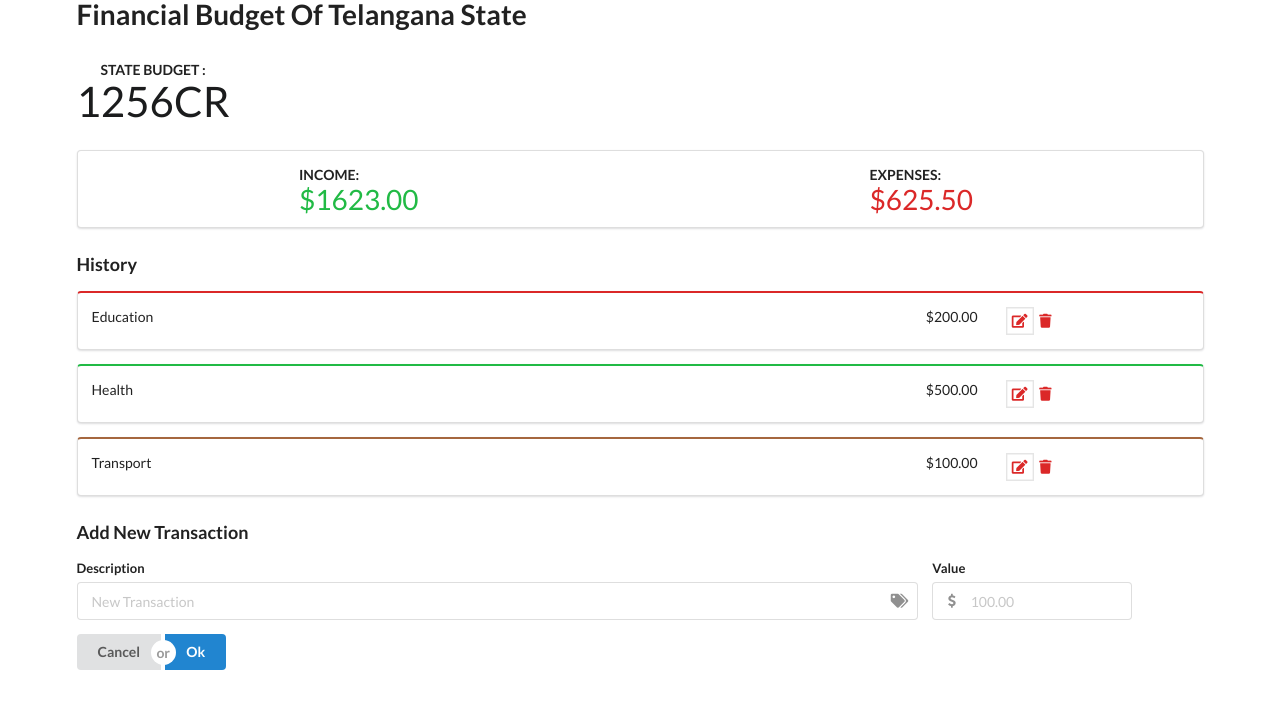
Repository: akHil07090709/advanced-react
Page: /
An editor plug-in stored every save of this project. The page is shown before and after the next save, followed by the edit.
The browser window is 1280 px wide. The pictures show the whole page.
The project was rebuilt for these pictures with package versions that can differ from the ones it lists, and the page was loaded fresh each time. Also part of the build but not shown: src/App.css.

Above is the page before, as saved 2021-05-25 08:07:01.

### src/index.js
import React from "react";
import ReactDOM from "react-dom";
import "./index.css";
import App from "./App";
import "semantic-ui-css/semantic.min.css";

ReactDOM.render(
  <React.StrictMode>
    <App />
  </React.StrictMode>,
  document.getElementById("root")
);

// If you want to start measuring performance in your app, pass a function
// to log results (for example: reportWebVitals(console.log))
// or send to an analytics endpoint. Learn more: https://bit.ly/CRA-vitals

### src/App.js
import {
  Button,
  ButtonGroup,
  Container,
  Form,
  FormGroup,
  FormInput,
  Grid,
  Header,
  Icon,
  Segment,
  Statistic,
} from "semantic-ui-react";
import "./App.css";

function App() {
  return (
    <Container>
      <Header as="h1">Financial Budget Of Telangana State</Header>
      <Statistic size="small">
        {/* A statistic can display a value with a label above or below it.*/}
        <Statistic.Label>State Budget : </Statistic.Label>
        <Statistic.Value>1256cr</Statistic.Value>
      </Statistic>
      <Segment textAlign="center">
        <Grid columns={2}>
          <Grid.Row>
            <Grid.Column>
              <Statistic size="tiny" color="green">
                <Statistic.Label style={{ textAlign: "left" }}>
                  Income:
                </Statistic.Label>
                <Statistic.Value>$1623.00</Statistic.Value>
              </Statistic>
            </Grid.Column>
            <Grid.Column>
              <Statistic size="tiny" color="red">
                <Statistic.Label style={{ textAlign: "left" }}>
                  Expenses:
                </Statistic.Label>
                <Statistic.Value>$625.50</Statistic.Value>
              </Statistic>
            </Grid.Column>
          </Grid.Row>
        </Grid>
      </Segment>
      <Header as="h3">History</Header>
      <Segment color="red">
        <Grid columns={3}>
          <Grid.Row>
            <Grid.Column width={10}>Education</Grid.Column>
            <Grid.Column width={3} textAlign="right">
              $200.00
            </Grid.Column>
            <Grid.Column width={3}>
              <Icon name="edit" bordered color="red" />
              <Icon name="trash" color="red" />
            </Grid.Column>
          </Grid.Row>
        </Grid>
      </Segment>
      <Segment color="green">
        <Grid columns={3}>
          <Grid.Row>
            <Grid.Column width={10}>Health</Grid.Column>
            <Grid.Column width={3} textAlign="right">
              $500.00
            </Grid.Column>
            <Grid.Column width={3}>
              <Icon name="edit" bordered color="red" />
              <Icon name="trash" color="red" />
            </Grid.Column>
          </Grid.Row>
        </Grid>
      </Segment>
      <Segment color="brown">
        <Grid columns={3}>
          <Grid.Row>
            <Grid.Column width={10}>Transport</Grid.Column>
            <Grid.Column width={3} textAlign="right">
              $100.00
            </Grid.Column>
            <Grid.Column width={3}>
              <Icon name="edit" bordered color="red" />
              <Icon name="trash" color="red" />
            </Grid.Column>
          </Grid.Row>
        </Grid>
      </Segment>
      <Header as="h3">Add New Transaction</Header>
      <Form unstackable>
        <FormGroup>
          <FormInput
            width={12}
            label="Description"
            icon="tags"
            placeholder="New Transaction"
          />
          <FormInput
            width={3}
            label="Value"
            icon="dollar"
            placeholder="100.00"
            iconPosition="left"
          />
        </FormGroup>
        <ButtonGroup style={{ marginTop: "10" }}>
          <Button>Cancel</Button>
          <Button.Or />
          <Button primary>Ok</Button>
        </ButtonGroup>
      </Form>
    </Container>
  );
}

export default App;

Loaded but not shown: public/index.html (common file); src/index.css (common file)

After the next save:
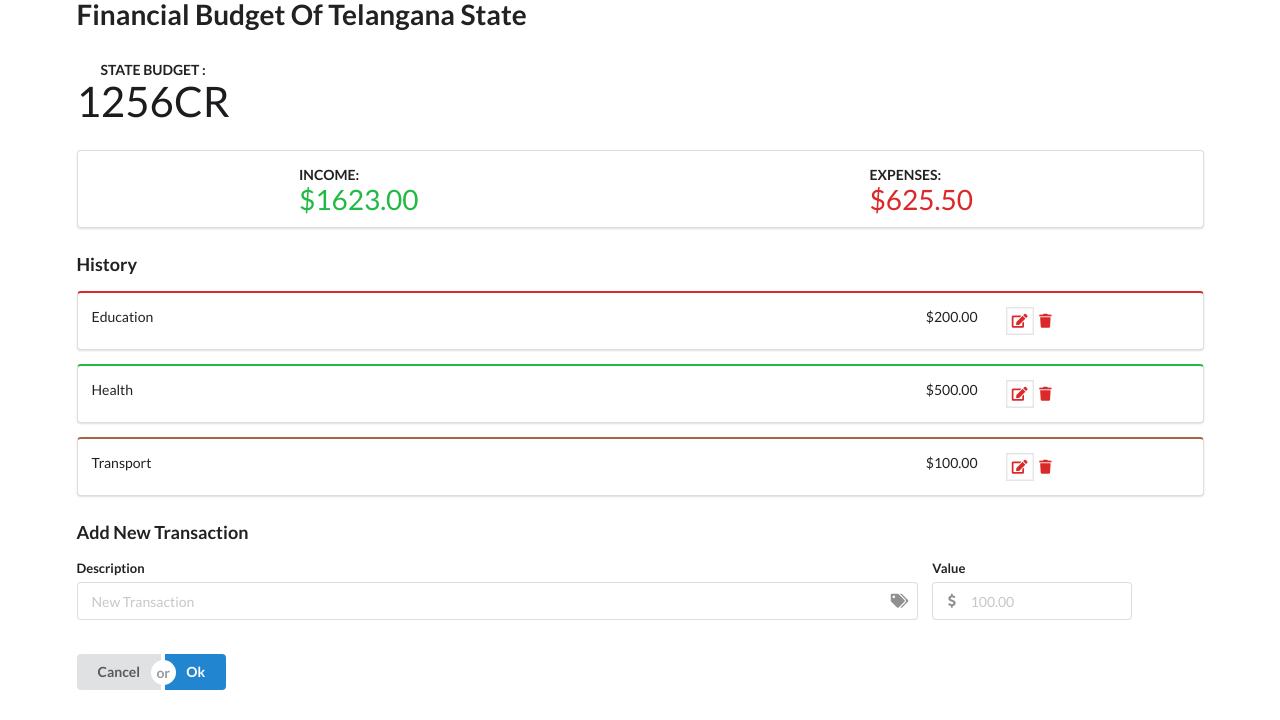
Saved 16 s later.
--- a/src/App.js
+++ b/src/App.js
@@ -104,7 +104,7 @@
             iconPosition="left"
           />
         </FormGroup>
-        <ButtonGroup style={{ marginTop: "10" }}>
+        <ButtonGroup style={{ marginTop: 20 }}>
           <Button>Cancel</Button>
           <Button.Or />
           <Button primary>Ok</Button>
